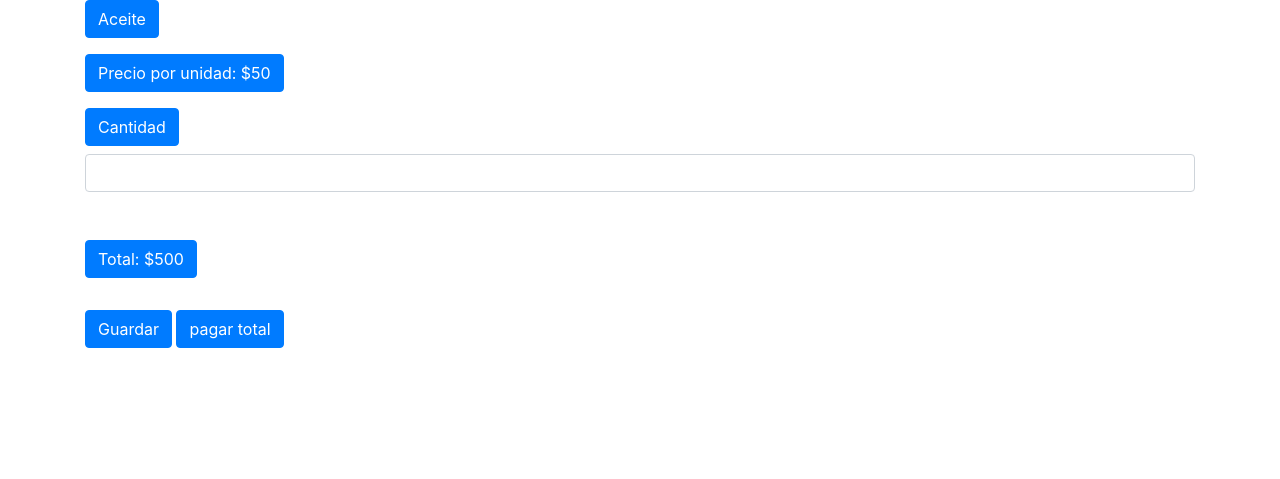
Repository: Alemartinez97/New-Repository
Page: programacion-3/tp4/carrito/detalleCompra/producto.html
An editor plug-in stored every save of this project. The page is shown before and after the next save, followed by the edit.
The browser window is 1280 px wide. The pictures show the whole page.

Above is the page before, as saved 2020-06-18 17:28:46.

After the next save:
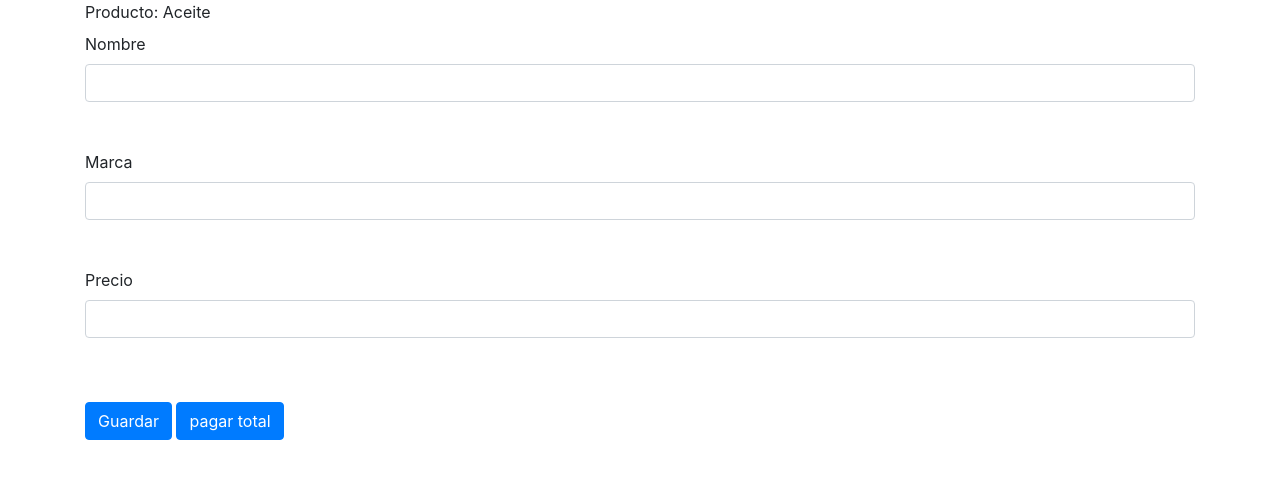
Saved 3 min 53 s later.
--- a/programacion-3/tp4/carrito/detalleCompra/producto.html
+++ b/programacion-3/tp4/carrito/detalleCompra/producto.html
@@ -9,18 +9,18 @@
 <body>
     <div class="container">
         <form class="form-group">
-            <p class="btn btn-primary">Aceite</p>
+            <label for="codigo" >Producto: Aceite</label>
         </br>
-        <p class="btn btn-primary">Precio por unidad: $50</p>
+            <label for="">Nombre</label>
+            <input type="text" id="nombre" class="form-control"  aria-describedby="emailHelp" required><br>
         </br>
-            <label for="" class="btn btn-primary">Cantidad</label>
-            <input type="number" id="marca" class="form-control"  aria-describedby="emailHelp" required><br>
+            <label for="">Marca</label>
+            <input type="text" id="marca" class="form-control"  aria-describedby="emailHelp" required><br>
         </br>
-        <p class="btn btn-primary">Total: $500</p>
+        <label for="">Precio</label>
+        <input type="number" id="Precio" class="form-control"  aria-describedby="emailHelp" required><br>
     </br>
         </form>
-
-
         <a href="../carrito.html" class="btn btn-primary">Guardar</a>
         <button onclick="enviarDatos()" class="btn btn-primary">pagar total</button>
         <h3 id="resultado"></h3>
